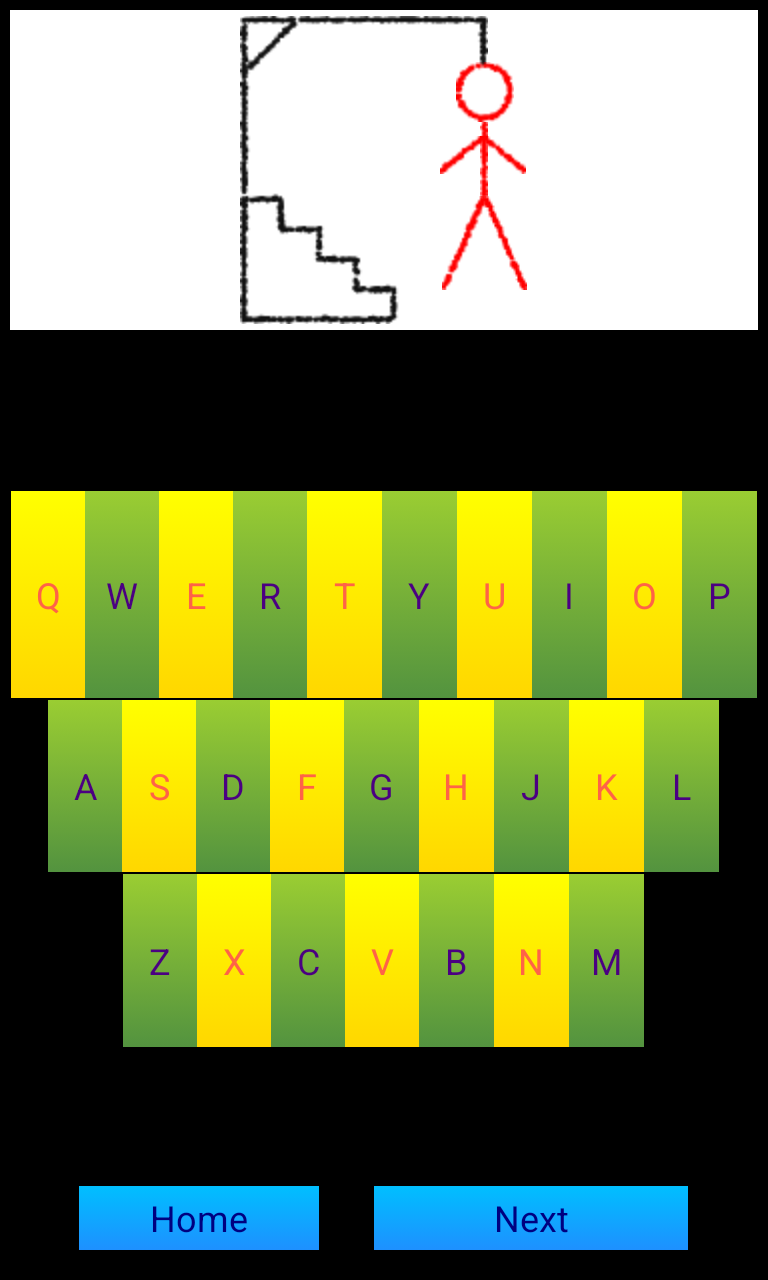
Repository: SarahDowlath/TriniHangman
Layout: workspace3/Trini-Hangman/res/layout/game.xml
The author's editor kept a copy of each file at every save. The layout is drawn from the files as they stood at one save, then again after the next save.
It is drawn on a 768 x 1280 px phone screen (xhdpi) without system bars, with theme AppTheme; the app's code is not run.

Above is the layout before, as saved 2014-07-23 15:05:59.

### workspace3/Trini-Hangman/res/layout/game.xml
<LinearLayout xmlns:android="http://schemas.android.com/apk/res/android"
    xmlns:tools="http://schemas.android.com/tools"
    android:id="@+id/LinearLayoutFinal"
    android:layout_width="fill_parent"
    android:layout_height="wrap_content"
    android:layout_gravity="bottom"
    android:layout_marginBottom="0dp"
    android:background="#FF000000"
    android:gravity="center"
    android:orientation="vertical"
    android:padding="5dp"
    android:paddingBottom="@dimen/activity_vertical_margin"
    android:paddingLeft="@dimen/activity_horizontal_margin"
    android:paddingRight="@dimen/activity_horizontal_margin"
    android:paddingTop="@dimen/activity_vertical_margin" >

    <RelativeLayout
        android:id="@+id/hangmanGallows"
        android:layout_width="match_parent"
        android:layout_height="160dp"
        android:background="#FFFFFF"
        android:gravity="center"
        android:visibility="visible" >

        <ImageView
            android:id="@+id/imageView2"
            android:layout_width="wrap_content"
            android:layout_height="wrap_content"
            android:contentDescription="@string/gallows"
            android:paddingLeft="0dp"
            android:paddingTop="0dp"
            android:src="@drawable/android_hangman_gallows" />



        <ImageView
            android:id="@+id/body"
            android:layout_width="wrap_content"
            android:layout_height="wrap_content"
            android:contentDescription="@string/body"
            android:paddingLeft="120dp"
            android:paddingTop="53dp"
            android:src="@drawable/android_hangman_body" />

        <ImageView
            android:id="@+id/arm1"
            android:layout_width="wrap_content"
            android:layout_height="wrap_content"
            android:contentDescription="@string/arm"
            android:paddingLeft="100dp"
            android:paddingTop="60dp"
            android:src="@drawable/android_hangman_arm1" />

        <ImageView
            android:id="@+id/arm2"
            android:layout_width="wrap_content"
            android:layout_height="wrap_content"
            android:contentDescription="@string/arm"
            android:paddingLeft="120dp"
            android:paddingTop="60dp"
            android:src="@drawable/android_hangman_arm2" />

        <ImageView
            android:id="@+id/leg1"
            android:layout_width="wrap_content"
            android:layout_height="wrap_content"
            android:contentDescription="@string/leg"
            android:paddingLeft="101dp"
            android:paddingTop="90dp"
            android:src="@drawable/android_hangman_leg1" />

        <ImageView
            android:id="@+id/head"
            android:layout_width="wrap_content"
            android:layout_height="wrap_content"
            android:layout_alignLeft="@+id/imageView2"
            android:layout_alignTop="@+id/imageView2"
            android:layout_weight="1"
            android:contentDescription="@string/head"
            android:paddingLeft="108dp"
            android:paddingTop="23dp"
            android:src="@drawable/android_hangman_head" />

        <ImageView
            android:id="@+id/leg2"
            android:layout_width="wrap_content"
            android:layout_height="wrap_content"
            android:layout_alignBottom="@+id/leg1"
            android:layout_alignParentLeft="true"
            android:contentDescription="@string/leg"
            android:paddingLeft="121dp"
            android:paddingTop="90dp"
            android:src="@drawable/android_hangman_leg2" />

    </RelativeLayout>

    <LinearLayout
        android:id="@+id/secretWord"
        android:layout_width="match_parent"
        android:layout_height="80sp" >

        <TextView
            android:id="@+id/secretTextView"
            android:layout_width="match_parent"
            android:layout_height="50dp"
            android:gravity="center"
            android:textColor="#FC0000"
            android:textSize="26sp"
            android:textStyle="bold" />
    </LinearLayout>

         <LinearLayout
             android:id="@+id/letterLayout1"
             android:layout_width="match_parent"
             android:layout_height="wrap_content"
             android:layout_weight="1.45"
             android:gravity="center_horizontal"
             android:orientation="horizontal"
             android:padding="0.5dp"
             android:textSize="22sp"
             android:weightSum="10" >

        <Button
            android:id="@+id/buttonQ"
            android:layout_width="0dp"
            android:layout_height="fill_parent"
            android:layout_weight="1"
            android:background="@drawable/buttonletterstyle"
            android:onClick="clickLetter"
            android:text="@string/button_letter_q"
            android:textColor="@drawable/lettercolor" />


         <Button
            android:id="@+id/buttonW"
            android:layout_weight="1"
            android:layout_height="fill_parent"
            android:layout_width="0dp"
            android:onClick="clickLetter"
            android:text="@string/button_letter_w"
            android:background="@drawable/buttonletterstyle1"
            android:textColor = "@drawable/lettercolor1"
         />


         <Button
            android:id="@+id/buttonE"
            android:layout_weight="1"
            android:layout_height="fill_parent"
            android:layout_width="0dp"
            android:onClick="clickLetter"
            android:text="@string/button_letter_e"
            android:background="@drawable/buttonletterstyle"
            android:textColor = "@drawable/lettercolor"
         />

         <Button
            android:id="@+id/buttonR"
            android:layout_weight="1"
            android:layout_height="fill_parent"
            android:layout_width="0dp"
            android:onClick="clickLetter"
            android:text="@string/button_letter_r"
            android:background="@drawable/buttonletterstyle1"
            android:textColor = "@drawable/lettercolor1"
         />

         <Button
            android:id="@+id/buttonT"
            android:layout_weight="1"
            android:layout_height="fill_parent"
            android:layout_width="0dp"
            android:onClick="clickLetter"
            android:text="@string/button_letter_t"
            android:background="@drawable/buttonletterstyle"
            android:textColor = "@drawable/lettercolor"
         />

         <Button
            android:id="@+id/buttonY"
            android:layout_weight="1"
            android:layout_height="fill_parent"
            android:layout_width="0dp"
            android:onClick="clickLetter"
            android:text="@string/button_letter_y"
            android:background="@drawable/buttonletterstyle1"
            android:textColor = "@drawable/lettercolor1"
         />

         <Button
            android:id="@+id/buttonU"
            android:layout_weight="1"
            android:layout_height="fill_parent"
            android:layout_width="0dp"
            android:onClick="clickLetter"
            android:text="@string/button_letter_u"
            android:background="@drawable/buttonletterstyle"
            android:textColor = "@drawable/lettercolor"
         />


         <Button
            android:id="@+id/buttonI"
            android:layout_weight="1"
            android:layout_height="fill_parent"
            android:layout_width="0dp"
            android:onClick="clickLetter"
            android:text="@string/button_letter_i"
            android:background="@drawable/buttonletterstyle1"
            android:textColor = "@drawable/lettercolor1"
         />


         <Button
            android:id="@+id/buttonO"
            android:layout_weight="1"
            android:layout_height="fill_parent"
            android:layout_width="0dp"
            android:onClick="clickLetter"
            android:text="@string/button_letter_o"
            android:background="@drawable/buttonletterstyle"
            android:textColor = "@drawable/lettercolor"
         />

         <Button
            android:id="@+id/buttonP"
            android:layout_weight="1"
            android:layout_height="fill_parent"
            android:layout_width="0dp"
            android:onClick="clickLetter"
            android:text="@string/button_letter_p"
            android:background="@drawable/buttonletterstyle1"
            android:textColor = "@drawable/lettercolor1"
         />
    </LinearLayout>

    <LinearLayout
        android:id="@+id/letterLayout2"
        android:layout_width="fill_parent"
        android:layout_height="wrap_content"
        android:layout_weight="1"
        android:gravity="center_horizontal"
        android:orientation="horizontal"
        android:padding="0.5dp"
        android:textSize="22sp"
        android:weightSum="10" >

        <Button
            android:id="@+id/buttonA"
            android:layout_weight="1"
            android:layout_height="fill_parent"
            android:layout_width="0dp"
            android:onClick="clickLetter"
            android:text="@string/button_letter_a"
            android:background="@drawable/buttonletterstyle1"
            android:textColor = "@drawable/lettercolor1"
         />

         <Button
             android:id="@+id/buttonS"
             android:layout_width="0dp"
             android:layout_height="fill_parent"
             android:layout_weight="1"
             android:background="@drawable/buttonletterstyle"
             android:onClick="clickLetter"
             android:text="@string/button_letter_s"
             android:textColor="@drawable/lettercolor" />

         <Button
            android:id="@+id/buttonD"
            android:layout_weight="1"
            android:layout_height="fill_parent"
            android:layout_width="0dp"
            android:onClick="clickLetter"
            android:text="@string/button_letter_d"
            android:background="@drawable/buttonletterstyle1"
            android:textColor = "@drawable/lettercolor1"
         />

         <Button
            android:id="@+id/buttonF"
            android:layout_weight="1"
            android:layout_height="fill_parent"
            android:layout_width="0dp"
            android:onClick="clickLetter"
            android:text="@string/button_letter_f"
            android:background="@drawable/buttonletterstyle"
            android:textColor = "@drawable/lettercolor"
         />

         <Button
            android:id="@+id/buttonG"
            android:layout_weight="1"
            android:layout_height="fill_parent"
            android:layout_width="0dp"
            android:onClick="clickLetter"
            android:text="@string/button_letter_g"
            android:background="@drawable/buttonletterstyle1"
            android:textColor = "@drawable/lettercolor1"
         />

         <Button
            android:id="@+id/buttonH"
            android:layout_weight="1"
            android:layout_height="fill_parent"
            android:layout_width="0dp"
            android:onClick="clickLetter"
            android:text="@string/button_letter_h"
            android:background="@drawable/buttonletterstyle"
            android:textColor = "@drawable/lettercolor"
         />

         <Button
            android:id="@+id/buttonJ"
            android:layout_weight="1"
            android:layout_height="fill_parent"
            android:layout_width="0dp"
            android:onClick="clickLetter"
            android:text="@string/button_letter_j"
            android:background="@drawable/buttonletterstyle1"
            android:textColor = "@drawable/lettercolor1"
         />

         <Button
            android:id="@+id/buttonK"
            android:layout_weight="1"
            android:layout_height="fill_parent"
            android:layout_width="0dp"
            android:onClick="clickLetter"
            android:text="@string/button_letter_k"
            android:background="@drawable/buttonletterstyle"
            android:textColor = "@drawable/lettercolor"
         />

         <Button
            android:id="@+id/buttonL"
            android:layout_weight="1"
            android:layout_height="fill_parent"
            android:layout_width="0dp"
            android:onClick="clickLetter"
            android:text="@string/button_letter_l"
            android:background="@drawable/buttonletterstyle1"
            android:textColor = "@drawable/lettercolor1"
         />
    </LinearLayout>

    <LinearLayout
        android:id="@+id/letterLayout3"
        android:layout_width="fill_parent"
        android:layout_height="wrap_content"
        android:layout_weight="1"
        android:gravity="center_horizontal"
        android:orientation="horizontal"
        android:padding="0.5dp"
        android:textSize="22sp"
        android:weightSum="10" >

        <Button
            android:id="@+id/buttonZ"
            android:layout_weight="1"
            android:layout_height="fill_parent"
            android:layout_width="0dp"
            android:onClick="clickLetter"
            android:text="@string/button_letter_z"
            android:background="@drawable/buttonletterstyle1"
            android:textColor = "@drawable/lettercolor1"
         />
         <Button
            android:id="@+id/buttonX"
            android:layout_weight="1"
            android:layout_height="fill_parent"
            android:layout_width="0dp"
            android:onClick="clickLetter"
            android:text="@string/button_letter_x"
            android:background="@drawable/buttonletterstyle"
            android:textColor = "@drawable/lettercolor"
         />

         <Button
            android:id="@+id/buttonC"
            android:layout_weight="1"
            android:layout_height="fill_parent"
            android:layout_width="0dp"
            android:onClick="clickLetter"
            android:text="@string/button_letter_c"
            android:background="@drawable/buttonletterstyle1"
            android:textColor = "@drawable/lettercolor1"
         />

         <Button
            android:id="@+id/buttonV"
            android:layout_weight="1"
            android:layout_height="fill_parent"
            android:layout_width="0dp"
            android:onClick="clickLetter"
            android:text="@string/button_letter_v"
            android:background="@drawable/buttonletterstyle"
            android:textColor = "@drawable/lettercolor"
         />

         <Button
            android:id="@+id/buttonB"
            android:layout_weight="1"
            android:layout_height="fill_parent"
            android:layout_width="0dp"
            android:onClick="clickLetter"
            android:text="@string/button_letter_b"
            android:background="@drawable/buttonletterstyle1"
            android:textColor = "@drawable/lettercolor1"
         />

         <Button
            android:id="@+id/buttonN"
            android:layout_weight="1"
            android:layout_height="fill_parent"
            android:layout_width="0dp"
            android:onClick="clickLetter"
            android:text="@string/button_letter_n"
            android:background="@drawable/buttonletterstyle"
            android:textColor = "@drawable/lettercolor"
         />

         <Button
            android:id="@+id/buttonM"
            android:layout_weight="1"
            android:layout_height="fill_parent"
            android:layout_width="0dp"
            android:onClick="clickLetter"
            android:text="@string/button_letter_m"
            android:background="@drawable/buttonletterstyle1"
            android:textColor = "@drawable/lettercolor1"
         />

    </LinearLayout>

    <LinearLayout
        android:id="@+id/FinalLayout"
        android:layout_width="match_parent"
        android:layout_height="80dp"
        android:layout_marginBottom="2dp"
        android:layout_weight="0.75"
        android:gravity="center_horizontal"
        android:orientation="horizontal"
        android:padding="2dp"
        android:textSize="14sp"
        android:weightSum="7" >

        <Button
            android:id="@+id/buttonHome"
            android:layout_width="120dp"
            android:layout_height="32dp"
            android:layout_gravity="bottom"
            android:layout_marginBottom="3dp"
            android:background="@drawable/buttonnextonestyle"
            android:onClick="goHome"
            android:text="@string/button_go_home"
            android:textColor="@drawable/nextonecolor" />

        <TextView
            android:layout_width="0dp"
            android:layout_height="0dp"
            android:layout_weight="1.5" />

        <Button
            android:id="@+id/buttonNext"
            android:layout_width="120dp"
            android:layout_height="32dp"
            android:layout_gravity="bottom"
            android:layout_marginBottom="3dp"
            android:layout_weight="2"
            android:background="@drawable/buttonnextonestyle"
            android:onClick="nextOne"
            android:text="@string/button_next"
            android:textColor="@drawable/nextonecolor" />

    </LinearLayout>

</LinearLayout>

### workspace3/Trini-Hangman/res/values/strings.xml
<?xml version="1.0" encoding="utf-8"?>
<resources>

    <string name="app_name">Trini-Hangman</string>
    <string name="hello_world">Hello world!</string>
    <string name="action_settings">Settings</string>
    <string name="gallows">The Gallows</string>
	<string name="head">The Head</string>
	<string name="body">The Body</string>
	<string name="arm">An Arm</string>
	<string name="leg">A Leg</string>
	<string name="button_food_category">Food</string>
    <string name="button_music_category">Music</string>
    <string name="button_sports_category">Sports</string>

    <string name="about_text">

	Test24 Local version of Hangman is a fun way to learn the culture and history of Trinidad and Tobago.

	TriniHangman allows you to select a category from a list and the secret word to be guessed will appear.

	You are presented with all the letters from the alphabet.

	If you guess a letter that is part of the word, the word is redisplayed with all instances of that letter shown in the correct positions, along with any letters correctly guessed on previous turns.

	For every letter guessed wrong, a bit more of the hangman is exposed.

	You have 6 tries to correctly guess the word. Good luck!

	Enjoy!

        </string>


    <string name="about_title"> About Trini-Hangman </string>




    <string name="button_letter_a">A</string>
    <string name="button_letter_b">B</string>
    <string name="button_letter_c">C</string>
    <string name="button_letter_d">D</string>
    <string name="button_letter_e">E</string>
    <string name="button_letter_f">F</string>
    <string name="button_letter_g">G</string>
    <string name="button_letter_h">H</string>
    <string name="button_letter_i">I</string>
    <string name="button_letter_j">J</string>
    <string name="button_letter_k">K</string>
    <string name="button_letter_l">L</string>
    <string name="button_letter_m">M</string>
    <string name="button_letter_n">N</string>
    <string name="button_letter_o">O</string>
    <string name="button_letter_p">P</string>
    <string name="button_letter_q">Q</string>
    <string name="button_letter_r">R</string>
    <string name="button_letter_s">S</string>
    <string name="button_letter_t">T</string>
    <string name="button_letter_u">U</string>
    <string name="button_letter_v">V</string>
    <string name="button_letter_w">W</string>
    <string name="button_letter_x">X</string>
    <string name="button_letter_y">Y</string>
    <string name="button_letter_z">Z</string>
    <string name="button_go_home">Home</string>
    <string name="button_next">Next</string>

</resources>

### workspace3/Trini-Hangman/res/drawable/buttonletterstyle.xml
<?xml version="1.0" encoding="utf-8"?>
<selector xmlns:android="http://schemas.android.com/apk/res/android">
    <item android:state_pressed="true" >
        <shape>
            <solid
                android:color="#FFD700"/>
        </shape>
    </item> <!-- pressed -->
    <item android:state_enabled="false" >
        <shape>
            <solid
                android:color= "#708090"/>
        </shape>
    </item> <!-- disabled -->
    <item>
        <shape>
            <gradient
                android:startColor="#FFFF00"
                android:endColor="#FFD700"
                android:angle="270" />
        </shape>
    </item> <!-- default -->
</selector>

### workspace3/Trini-Hangman/res/drawable/lettercolor.xml
<?xml version="1.0" encoding="utf-8"?>
<selector xmlns:android="http://schemas.android.com/apk/res/android">
    <item android:state_pressed="true" android:color = "#FFFC0000" /> <!-- pressed -->
    <item android:state_enabled="false" android:color="#FFC0C0C0" />
    <item android:color="#FFFF6347"/>
</selector>

### workspace3/Trini-Hangman/res/drawable/buttonletterstyle1.xml
<?xml version="1.0" encoding="utf-8"?>
<selector xmlns:android="http://schemas.android.com/apk/res/android">
    <item android:state_pressed="true" >
        <shape>
            <solid
                android:color="#53933f"/>
        </shape>
    </item> <!-- pressed -->
    <item android:state_enabled="false" >
        <shape>
            <solid
                android:color= "#708090"/>
        </shape>
    </item> <!-- disabled -->
    <item>
        <shape>
            <gradient
                android:startColor="#9ACD32"
                android:endColor="#53933f"
                android:angle="270" />
        </shape>
    </item> <!-- default -->
</selector>

### workspace3/Trini-Hangman/res/drawable/lettercolor1.xml
<?xml version="1.0" encoding="utf-8"?>
<selector xmlns:android="http://schemas.android.com/apk/res/android">
    <item android:state_pressed="true" android:color = "#FFFC0000" /> <!-- pressed -->
    <item android:state_enabled="false" android:color="#FFC0C0C0" />
    <item android:color="#FF4B0082"/>
</selector>

### workspace3/Trini-Hangman/res/drawable/buttonnextonestyle.xml
<?xml version="1.0" encoding="utf-8"?>
<selector xmlns:android="http://schemas.android.com/apk/res/android">
    <item android:state_pressed="true" >
        <shape>
            <solid
                android:color="#1E90FF"/>
        </shape>
    </item> <!-- pressed -->
    <item android:state_enabled="false" >
        <shape>
            <solid
                android:color= "#708090"/>
        </shape>
    </item> <!-- disabled -->
    <item>
        <shape>
            <gradient
                android:startColor= "#00BFFF"
                android:endColor="#1E90FF"
                android:angle="270" />
        </shape>
    </item> <!-- default -->
</selector>

### workspace3/Trini-Hangman/res/drawable/nextonecolor.xml
<?xml version="1.0" encoding="utf-8"?>
<selector xmlns:android="http://schemas.android.com/apk/res/android">
    <item android:state_pressed="true" android:color = "#FFF0F8FF" /> <!-- pressed -->
    <item android:state_enabled="false" android:color="#FFC0C0C0" />
    <item android:color="#FF000080"	/>
</selector>

Loaded but not shown: workspace3/Trini-Hangman/res/values/styles.xml (common file); workspace3/Trini-Hangman/res/values-v11/styles.xml (common file); workspace3/Trini-Hangman/res/values-v14/styles.xml (common file); workspace3/Trini-Hangman/res/values/dimens.xml (common file); workspace3/Trini-Hangman/res/values-w820dp/dimens.xml (common file)

After the next save:
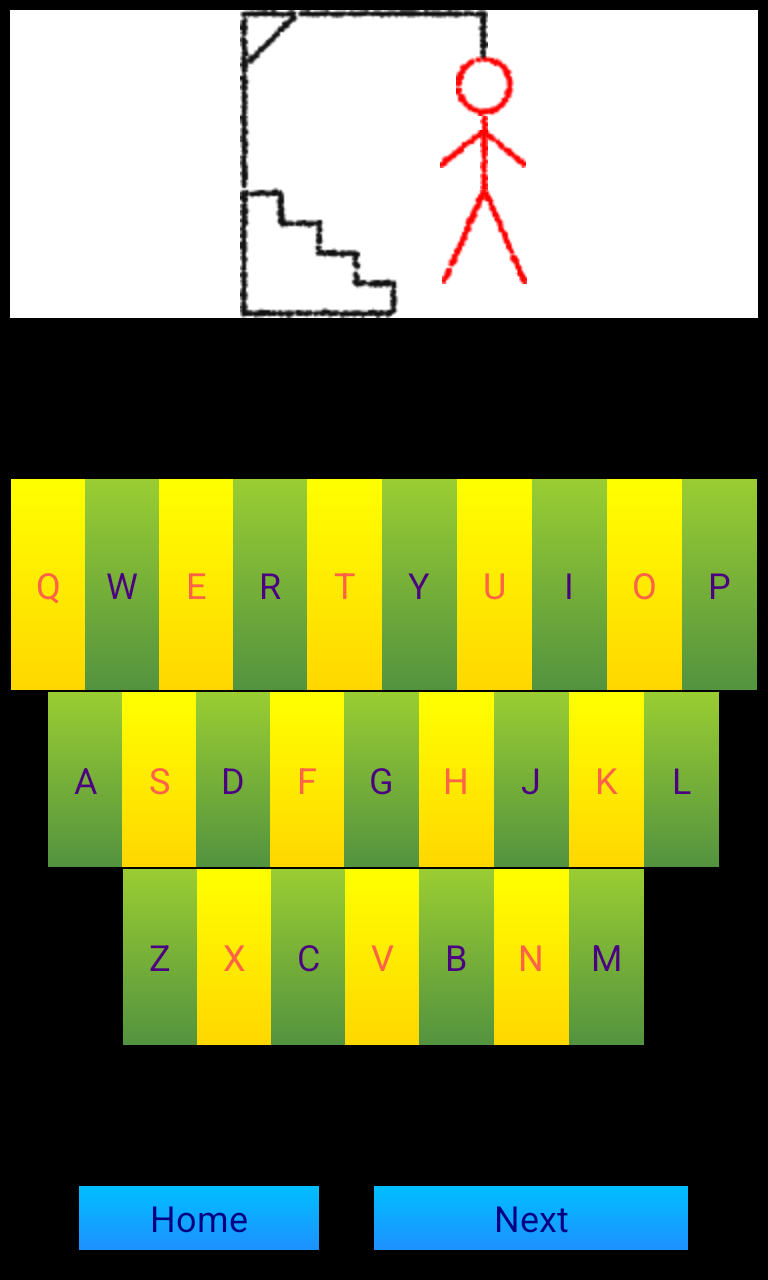
Saved 5 min 56 s later.
--- a/workspace3/Trini-Hangman/res/layout/game.xml
+++ b/workspace3/Trini-Hangman/res/layout/game.xml
@@ -17,7 +17,7 @@
     <RelativeLayout
         android:id="@+id/hangmanGallows"
         android:layout_width="match_parent"
-        android:layout_height="160dp"
+        android:layout_height="wrap_content"
         android:background="#FFFFFF"
         android:gravity="center"
         android:visibility="visible" >
@@ -102,7 +102,7 @@
         <TextView
             android:id="@+id/secretTextView"
             android:layout_width="match_parent"
-            android:layout_height="50dp"
+            android:layout_height="54dp"
             android:gravity="center"
             android:textColor="#FC0000"
             android:textSize="26sp"
